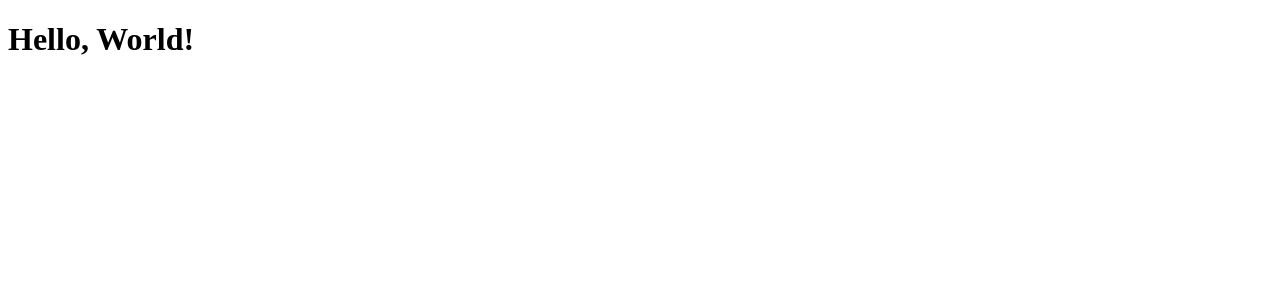
Repository: mittalvaibhav1/java-web
Page: Servlets/ServletApp/WebContent/index.html
These files come from the project's save history. The page is drawn as it stood at one moment and after the next save; the edit follows.
The browser window is 1280 px wide. The pictures show the whole page.

Above is the page before, as saved 2021-05-11 04:37:11.

### Servlets/ServletApp/WebContent/index.html
<!DOCTYPE html>
<html>
<head>
	<meta charset="UTF-8">
	<title>Servlet App</title>
</head>
<body>
	<h1>Hello, World!</h1>
</body>
</html>

After the next save:
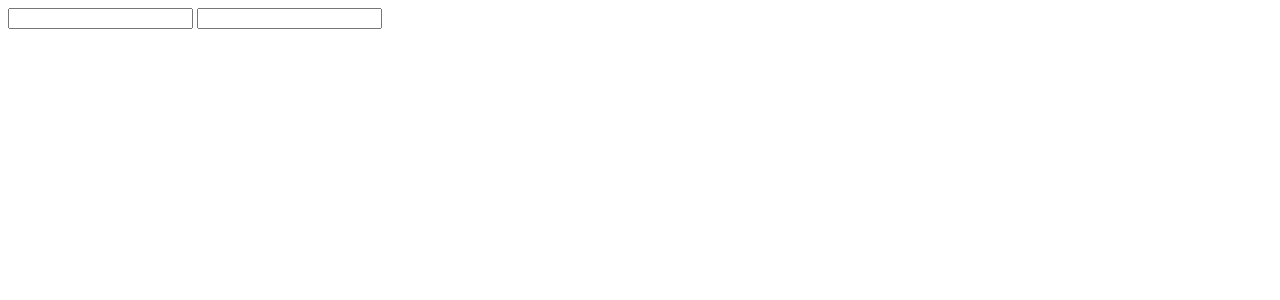
Saved 9 min 16 s later.
--- a/Servlets/ServletApp/WebContent/index.html
+++ b/Servlets/ServletApp/WebContent/index.html
@@ -5,6 +5,9 @@
 	<title>Servlet App</title>
 </head>
 <body>
-	<h1>Hello, World!</h1>
+	<form>
+		<input type="text" name="num1" />
+		<input type="text" name="num2" />
+	</form>
 </body>
 </html>
